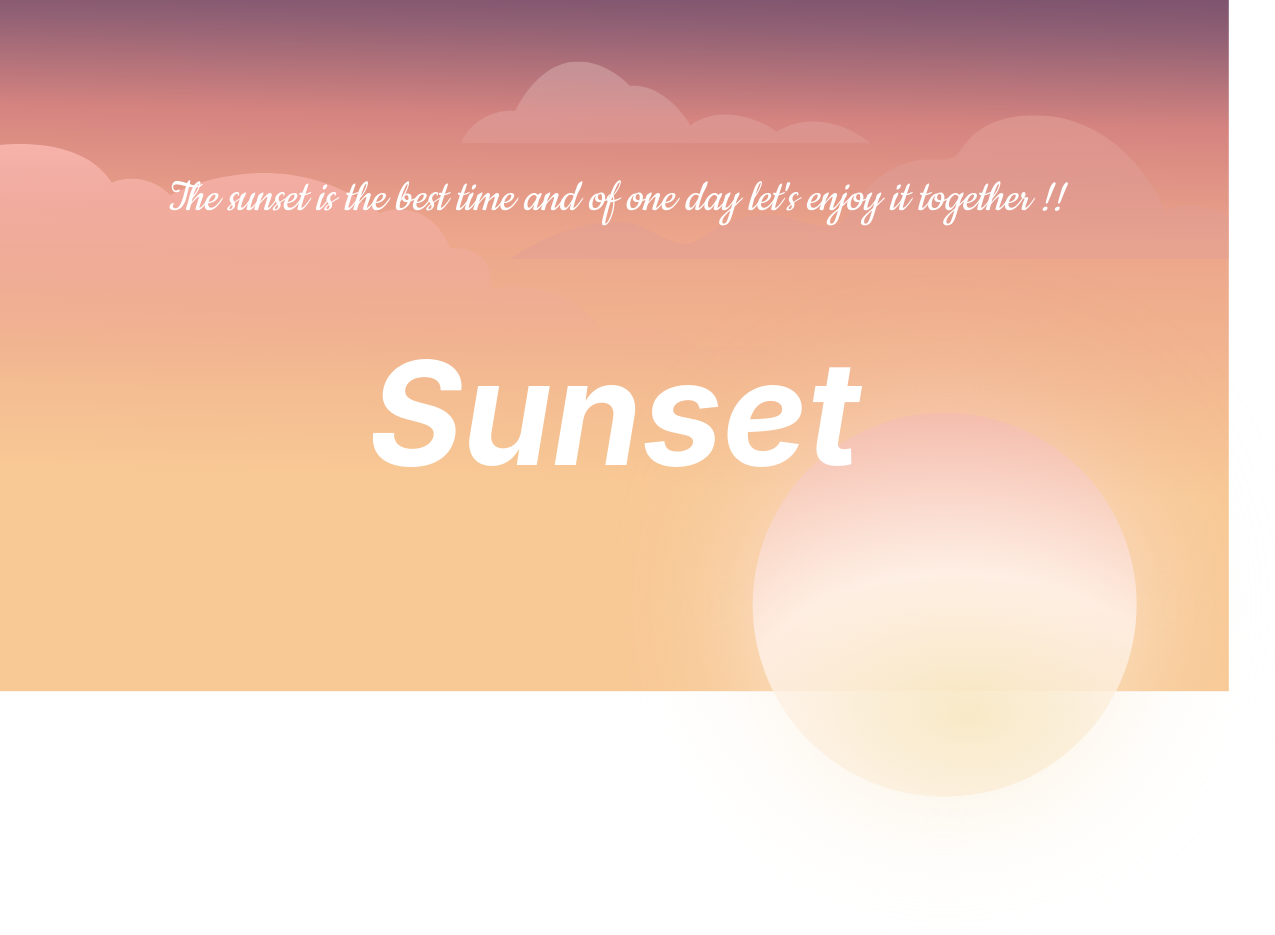
Repository: nambui98/parallax
Page: /
The author's editor kept a copy of each file at every save. The page is drawn from the files as they stood at one save, then again after the next save.
The browser window is 1280 px wide. The page is 1328 px wide, then 1280 px, so the pictures cover 1328 px, including what lies to the right of the window. The pictures show the whole page, at 96% of full size.
The project was rebuilt for these pictures with package versions that can differ from the ones it lists, and the page was loaded fresh each time. Also part of the build but not shown: vite.config.ts.

Above is the page before, as saved 2022-03-24 11:28:55.

After the next save:
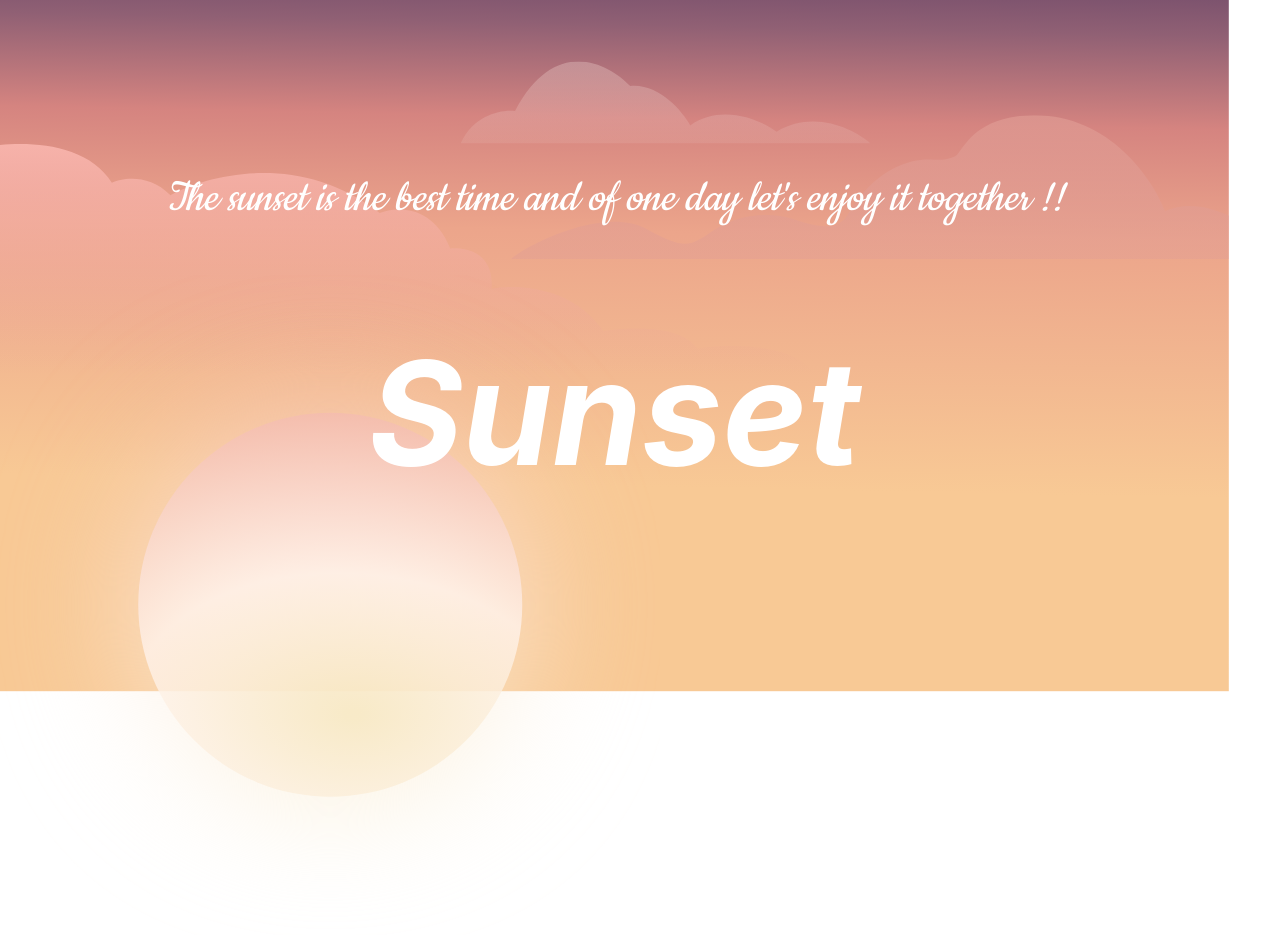
Saved 6 s later.
--- a/src/App.scss
+++ b/src/App.scss
@@ -52,7 +52,7 @@ html{
       top: 12rem;
     }
     &.bg_4{
-      left: 50%;
+      // left: 50%;
       top: 28.6rem;
     }
   }
